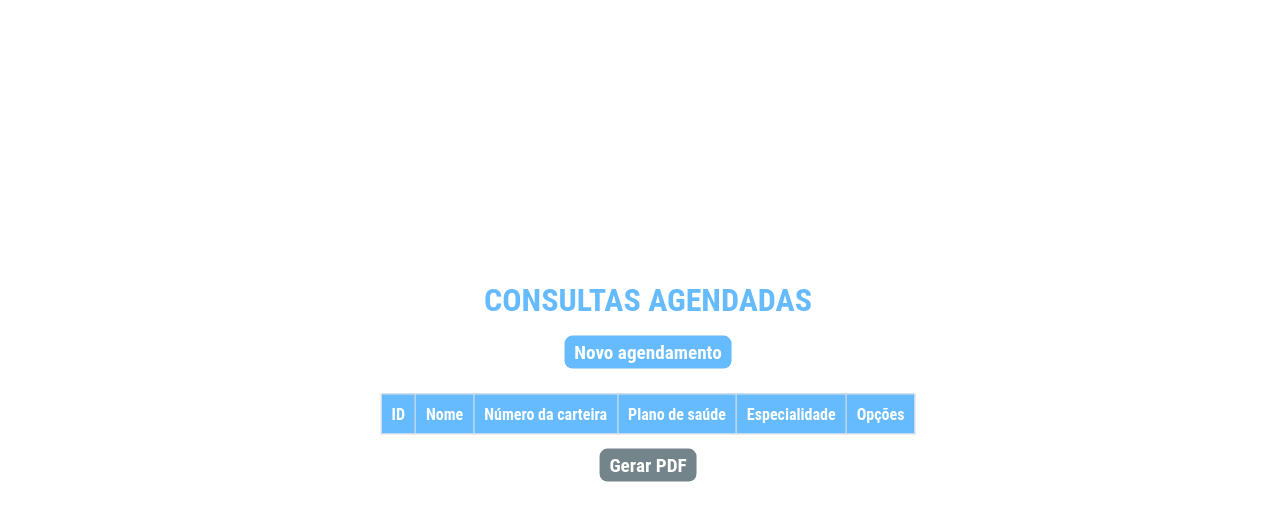
Repository: ohenriquesouza/HospitalCRUD-using-JavaEE
Page: http://localhost/JSP_test/main
These files come from the project's save history. The page is drawn as it stood at one moment and after the next save; the edit follows.
The browser window is 1280 px wide. The pictures show the whole page.
Some web fonts or font styles are not loaded; a fallback is used. The page is served by Tomcat 10. Queries for data that is not in the repository find no rows.

Above is the page before, as saved 2022-12-28 15:55:28.

After the next save:
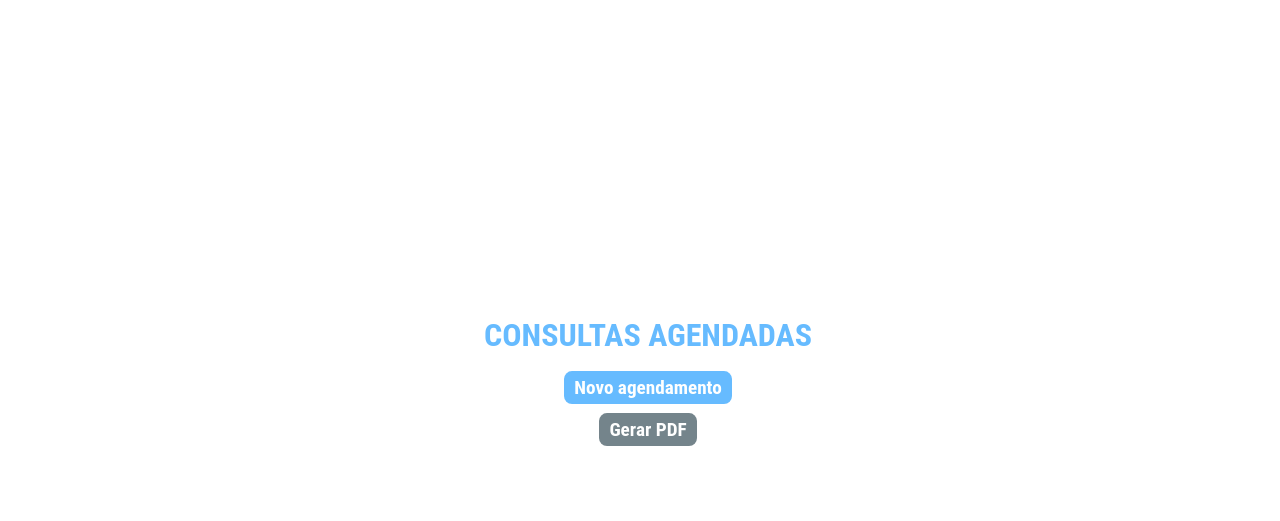
Saved 67 s later.
--- a/JSP_test/src/main/webapp/cadastro.jsp
+++ b/JSP_test/src/main/webapp/cadastro.jsp
@@ -16,6 +16,7 @@
 <body>
 	<center><h1>CONSULTAS AGENDADAS</h1></center>
 	<center><a class="botao1" href="novaConsulta.html">Novo agendamento</a></center>
+	<%if(consultas.size() != 0){ %>
 	<table id="tabela">
 		<thead>
 			<tr>
@@ -38,7 +39,7 @@
 				<td><a href="select?idPaciente=<%=consultas.get(i).getidPaciente() %>" class="botao1">Editar</a>
 				<a href="javascript: confirmacao(<%=consultas.get(i).getidPaciente() %>)" class="botao2">Remover</a></td>
 			</tr>
-			<%} %>
+			<%}} %>
 		</tbody>
 
 
